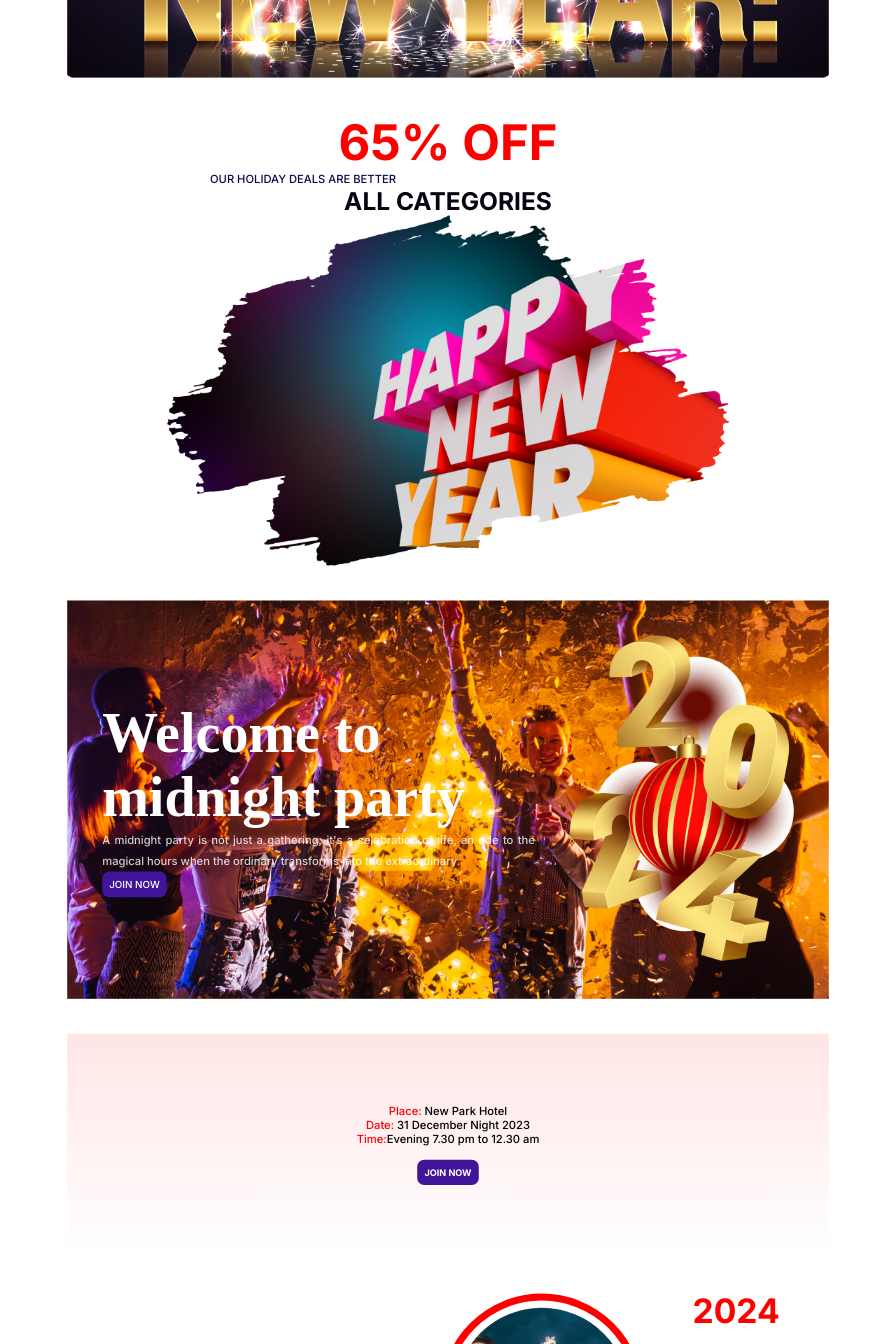
Repository: sumonkumarsarkar/new-year-2024
Page: index.html
An editor plug-in stored every save of this project. The page is shown before and after the next save, followed by the edit.
The browser window is 1280 px wide. The pictures show the part of the page from y = 437 to 2357 px (the page is 5433 px tall before and 5583 px after), at 70% of full size.

Above is the page before, as saved 2024-01-08 19:43:12.

### index.html
<!DOCTYPE html>
<html lang="en">
  <head>
    <meta charset="UTF-8" />
    <meta name="viewport" content="width=device-width, initial-scale=1.0" />
    <title>Happy Nwe Year-2024</title>
    <link rel="preconnect" href="https://fonts.googleapis.com" />
    <link rel="preconnect" href="https://fonts.gstatic.com" crossorigin />
    <link
      href="https://fonts.googleapis.com/css2?family=Inter:wght@100;200;300;500;600;700&display=swap"
      rel="stylesheet"
    />

    <link rel="stylesheet" href="https://cdnjs.cloudflare.com/ajax/libs/font-awesome/6.5.1/css/all.min.css" integrity="sha512-DTOQO9RWCH3ppGqcWaEA1BIZOC6xxalwEsw9c2QQeAIftl+Vegovlnee1c9QX4TctnWMn13TZye+giMm8e2LwA==" crossorigin="anonymous" referrerpolicy="no-referrer" />
    <link rel="stylesheet" href="/style.css" />
  </head>
  <body>
    <!-- banner-section start  -->
    <header>
      <div class="container banner">
        <div class="heading-text">
          <h4>Happy New Year</h4>
          <h3>New Year Party Celebration</h3>
        </div>
      </div>
    </header>
    <!-- banner-section end  -->

    <!-- holiday deal start  -->
    <section id="holiday-deal">
      <div class="container-holiday">
        <div class="holiday-text">
          <h2>65% OFF</h2>
          <h5> OUR HOLIDAY DEALS ARE BETTER</h5>
          <h4>ALL CATEGORIES</h4>
        </div>
        <div class="holiday-img">
          <img src="./image/New Year Photo.png" alt="" />
        </div>
      </div>
    </section>
    <!-- holiday deal end  -->

    <section id="midnight-section">
      <div class="container midnight-banner">
        <div class="midnight-content">
          <div class="midnight-text">
            <h3>Welcome to midnight party</h3>
            <p>
                A midnight party is not just a gathering; it's a celebration of life, an ode to the magical hours when the ordinary transforms into the extraordinary.
            </p>
            <button type="button">JOIN NOW</button>
          </div>
          <div class="midmight-img">
            <img src="./image/Group 70.png" alt="" />
          </div>
        </div>
      </div>
    </section>

     <!-- park hotel start  -->
<section id="park-hotel">
    <div class="container park-hotel-text">
     <p>  <span>Place:</span> New Park Hotel</p>
     <p><span>Date:</span> 31 December Night 2023</p>
     <p><span>Time:</span>Evening 7.30 pm to 12.30 am</p>
     <button class="park-hotel-button" type="button">JOIN NOW</button>
    </div>
</section>
 <!-- park hotel end  -->


 <!-- best offer start  -->
 <section id="best-offer">
    <div class="container best-banner">
        <div class="best-offer-text">
            <div class="offer-text">
                <h5>NEW BEST OFFER</h5>
                <h4>Coming Soon</h4>
                <p>As you step into the promising embrace of the new year, let our Best Offer be your guide to a year filled with excitement, luxury, and savings.</p>
            </div>
            <div class="offer-img">
                <img src="./image/Ellipse 1.png" alt="">
            </div>
            <div class="offer-text-img">
                <h3>2024</h3>
                <p>Prioritize your well-being in 2024 with our Wellness and Self-Care Packages</p>
                <img src="./image/Group 96.png" alt="">
            </div>

        </div>
    </div>
 </section>

 <!-- best offer end  -->

 <!-- holiday best offer start  -->

 <section id="holiday-offer">
    <div class="container">
        <div class="holiday-offer-text">
            <h5>WHAT IS FUNCTIONAL</h5>
            <h3><span>Holidays</span> Sale 50%</h3>
            <p>Step into the holiday gatherings in style with our Festive Fashion Flourish. Enjoy a fabulous 50% off on the latest trends in clothing, accessories, and party wear. Whether you're attending a virtual celebration or a cozy family get-together, make a statement with your holiday wardrobe while enjoying significant savings.</p>
        </div>

        <div class="holiday-img">
            <div class="div3">
                <img src="./image/Group 75.png" alt="">
            </div>
            <div class="div1">
                <img src="./image/Group 44.png" alt="">
            </div>
            <div class="div2">
                <img src="./image/Rectangle 1.png" alt="">
            </div>
            <div class="div4">
                <img src="./image/Rectangle 2.png" alt="">
            </div>
        </div>

    </div>
 </section>
 <!-- holiday best offer end  -->

 <!-- portfolio section start  -->

<section id="fortfolio">
    <div class="container">
        <div class="protfolio-text-image">
            <div class="protfolio-text">
                   <h5>THE BEST GIFTS</h5>
                   <h4>Our Awesome  Fashion shop</h4>
                   <p>Great! Based on our fashion shop items, specializing in shoes and bags, how about the name "SoleStyle & Carry Chic"? This name reflects the combination of footwear (sole) and fashionable accessories (carry chic). If you have any specific themes, styles, or preferences, feel free to provide more details for a more personalized suggestion! </p>
            </div>
            <div class="protfolio-image">
                <div class="image-div">
                    <img src="./image/Rectangle 3.png" alt="">
                    <img src="./image/Rectangle 4.png" alt="">
                    <img src="./image/Rectangle 5.png" alt="">
                </div>
                <div class="image-div">
                    <img src="./image/Rectangle 6.png" alt="">
                    <img src="./image/Rectangle 7.png" alt="">
                    <img src="./image/Rectangle 8.png" alt="">
                </div>

            </div>
        </div>
    </div>
</section>
 <!-- portfolio section end -->



 <section id="subscribe">
    <div class="container subscribe-banner">
        <div class="subscribe-content">
           <div class="subscribe-image">
            <img src="./image/Group 61.png" alt="">
           </div>
           <div class="subscribe-text">
            <h3>Subscribe Newsletter</h3>
            <p>As a subscriber, you gain access to exclusive designs and limited editions that are not available to the general public. Be the first to flaunt the latest releases and showcase your fashion-forward sensibilities. With our subscription, you're not just following trends; you're setting them.</p>
           </div>

           <div class="subscribe-input">
            <input  type="email" placeholder="user@gmail.com">
            <button class="subscribe-button" type="submit">subscribe</button>
           </div>
        </div>
    </div>
 </section>

 <footer>
    <div class="footer-cntainer">
        <div class="footer-text">
            <div class="nornal-text">
                <p>44, Big Building Roosevelt Street</p>
                    <p>Beach Gardens Florida 33410</p>
            </div>
            <div class="icon-text">
                <p><span><i class="fa-solid fa-phone"></i></span> +00 123 584 124</p>
                <p><span><i class="fa-solid fa-globe"></i></span>www.website.com</p>
            </div>
        </div>
        <hr>
        <div class="icon-img">
           <img src="./image/Facebook.png" alt="">
           <img src="./image/Instagram.png" alt="">
           <img src="./image/Twitter.png" alt="">
           <img src="./image/Linkedin.png" alt="">
        </div>
       <div class="footer-last-text">
         <p>017, All Rights Reserved</p>
          <p>unsubscribe</p>
       </div>

    </div>
 </footer>


  </body>
</html>

### style.css
* {
    margin: 0;
    padding: 0;
}

body {
    font-family: "Inter", sans-serif;
    width:100%;
    max-width:1320px;
}

/* banner section end  */
.container{
    max-width:1240px;
    width: 85%;
    margin: 50px auto;
}

.banner {
    background-image: url(./image/Banner\ Image.png);
    background-position: center;
    background-repeat: no-repeat;
    background-size: cover;
}

.heading-text {
    text-align: center;
    justify-content: center;
    padding: 177px 300px;
}

.heading-text h3 {
    color: #fff;
    text-align: center;
    font-family: Merriweather;
    font-size: 50px;
    font-style: normal;
    font-weight: 900;
}

.heading-text h4 {
    color: #fff;
    text-align: center;
    font-family: Merriweather;
    font-size: 25px;
    font-style: normal;
    font-weight: 400;
    line-height: normal;
}

/* banner section end  */

/* holiday -section start  */
.container-holiday {
    width: 85%;
    max-width: 680px;
    margin: 0 auto;
}

.container-holiday .holiday-text {
    text-align: center;

}

.holiday-text h2 {
    color: #f00;
    text-align: center;
    font-family: Inter;
    font-size: 70px;
    font-style: normal;
    font-weight: 700;
    line-height: normal;
}

.holiday-text h5{
    color: rgb(18, 6, 81);
    text-align: center;
    font-family: Inter;
    font-size: 16px;
    font-weight: 500;
    text-align: justify;
}

.holiday-text h4 {
    color: #070211;

    text-align: center;
    font-family: Inter;
    font-size: 35px;
    font-style: normal;
    font-weight: 700;
    line-height: normal;
}

.holiday-img {
    text-align: center;
    justify-content: center;
    width: 680px;
    height: 500px;
}

/* holiday -section start  */

/* midnight party start  */

.midnight-banner {
    background-image: url("./image/Vectorrr.png");
    background-position: center;
    background-repeat: no-repeat;
    background-size: cover;
}

.midnight-content {
    display: flex;
    justify-content: space-between;
    align-items: center;
}

.midnight-text {
    padding: 50px 0px 50px 50px;
    align-items: center;
}

.midnight-text h3 {
    align-items: center;
    color: #fff;
    font-family: Merriweather;
    font-size: 80px;
    font-style: normal;
    font-weight: 900;


}

.midnight-text p {
color: rgba(255, 255, 255, 0.80);
font-family: Inter;
font-size: 16px;
font-style: normal;
font-weight: 400;
line-height: 30px;
text-align: justify;
}

button {
    color: #FFF;
    text-align:center;
    font-family: Inter;
    font-size: 14px;
    font-style:normal;
    font-weight: 400;
    line-height: normal;
    text-transform:uppercase;
    background:#411599;
    border-radius: 10px;
    border:none;
    padding: 10px 10px;
}
button:hover{
    background: skyblue;
    transition: 1s;

}

.midmight-img{
    padding:50px 50px ;
}

/* midnight party end */




/* park hotel start */

.park-hotel-text{
 background: linear-gradient(180deg, rgba(255, 0, 0, 0.10) 0%, rgba(255, 0, 0, 0.00) 100%);
 text-align: center;
 margin:0 auto;
 padding: 100px 0px;
}

.park-hotel-button{
color: #FFF;
text-align: center;
font-family: Inter;
font-size: 13px;
font-style: normal;
font-weight: 700;
line-height: normal;
text-transform: uppercase;
background:#411599;
margin-top: 20px;


}
/* park hotel end */


/* best offer start  */

.best-offer-text{
    display: flex;
    justify-content: space-between;
    align-items: center;
}
.best-banner{
    background: #FFF;
    margin-top: 50px;
}
.offer-text h5{
color: #F00;
font-family: Inter;
font-size: 16px;
font-style: normal;
font-weight: 500;
line-height: normal;
}
.offer-text h4{
    color: #070211;
    font-family: Merriweather;
    font-size:30px;
    font-style: normal;
    font-weight: 900;
    line-height: normal;
    text-transform: capitalize;
}
.offer-text p{
color: rgba(7, 2, 17, 0.60);
font-family: Inter;
font-size: 16px;
font-style: normal;
font-weight: 400;
padding: 10px 100px 10px 0px;
text-align: justify;

}
.offer-img img{
border-radius:200px;
border: 10px solid #F00;
padding: 10px;
width: 250px;

}
.offer-text-img{
    text-align: center;

}
.offer-text-img h3{
font-size: 48px;
font-style: normal;
font-weight: 700;
line-height: normal;
color: #f00;
padding-bottom: 20px;

}
.offer-text-img p{
    color: rgba(7, 2, 17, 0.60);

    font-family: Inter;
    font-size: 16px;
    font-style: normal;
    font-weight: 400;
    padding-bottom: 20px;
    text-align: justify;

}



/* best offer end */

 /* holiday offer section start  */
.holiday-offer-text{
    text-align: center;
}
.holiday-offer-text h5{
font-size: 16px;
font-style: normal;
font-weight: 500;
line-height: normal;
padding: 5px 200px;
}
.holiday-offer-text h3{
    color: #070211;
    font-family: Merriweather;
    font-size: 40px;
    font-style: normal;
    font-weight: 900;
    line-height: normal;
    padding: 5px 200px;
}
.holiday-offer-text p{
color: rgba(7, 2, 17, 0.60);
text-align: center;
font-family: Inter;
font-size: 16px;
font-style: normal;
font-weight: 500;
padding: 5px 100px;
text-align: justify;
}
span{
    color: #f00;
}

.holiday-img{
display: flex;
position:relative;
}
.holiday-img .div1 img{
position: relative;
z-index: 1;
top:90px;
right:-100px;

}
.holiday-img .div2 img{
    position: absolute;
    width:500px;
    height: 400px;


}
.holiday-img .div3 img{
    position: absolute;
    left:0;
    top:200px;
    width:400px;
    z-index: 1;
}
.holiday-img .div4 img{
    position:absolute;
    left:0;
    top:400px;
    width:995px;
    height: 105px;


}
#holiday-offer{
     margin-bottom: 50px;
}








 /* holiday offer section end  */

/* portfolio section start  */

.protfolio-text h5{
color: #F00;
font-family: Inter;
font-size: 16px;
font-style: normal;
font-weight: 500;
line-height: normal;
margin-bottom: 10px;

}
.protfolio-text h4{
    color: #070211;
    font-family: Merriweather;
    font-size: 30px;
    font-style: normal;
    font-weight: 900;
    line-height: normal;
    text-transform: capitalize;
    margin-bottom: 10px;
}
.protfolio-text p{
color: rgba(7, 2, 17, 0.60);
font-family: Inter;
font-size: 16px;
font-style: normal;
font-weight: 400;
line-height: 32px;
margin-bottom: 10px;
text-align: justify;
}
.image-div{
    display: flex;
    justify-content:space-between;
    margin: 10px 0;

}

.image-div img{
   width:350px;
   height: 350px;

}
/* portfolio section end  */


/* subscribe section start  */

.subscribe-banner{
border-radius:16px;
background: rgba(255, 0, 0, 0.05);

}
.subscribe-content{
padding:100px 0;
text-align: center;
}
.subscribe-text h3{
color: #070211;
text-align: center;
font-family: Merriweather;
font-size:40px;
font-style: normal;
font-weight: 900;
line-height: normal;
text-transform: capitalize;
}
.subscribe-text p{
    color: rgba(7, 2, 17, 0.60);
    text-align: center;
    font-family: Inter;
    font-size: 16px;
    font-style: normal;
    font-weight: 400;
    line-height: 32px;
    padding: 10px 100px;
    text-align: justify;
}

.subscribe-button{
color: #FFF;
text-align: center;
font-family: Inter;
font-size: 18px;
font-style: normal;
font-weight: 600;
line-height: normal;
text-transform: capitalize;
background: #F00;
border-radius:0px 50px 50px 0px;
padding: 13px;

}

.subscribe-input input{
display:inline-block;
border:none;
padding:15px;
width: 250px;
border-radius:50px 0px 0px 50px;
}
/* subscribe section end  */



/* footer section start  */
.footer-cntainer{
    width:100%;
    max-width:1320px;
    background: #070211;


}
.nornal-text p{
font-size: 16px;
font-style: normal;
font-weight: 500;
line-height: 40px;
color: #FFF;
text-align: justify;
}
.footer-text{
    display: flex;
    margin: 0 auto;
    justify-content: space-around;
    padding:50px 100px;


}
.icon-img{
    display: flex;
    justify-content: center;
    align-items: center;
    margin-top:50px;
}
.icon-img img{
    margin: 10px;
}
.icon-text{
 font-size: 16px;
font-style: normal;
font-weight: 500;
line-height: 40px;
color: #FFF;
}

.footer-last-text{
    display: flex;
    justify-content: space-between;
}
.footer-last-text p{
padding: 100px;
font-size: 16px;
font-style: normal;
font-weight: 500;
line-height: normal;
color: #FFF;
text-align: justify;
}
hr{
    width: 50%;
    color: #19065d;
    margin: 0 auto;

}

/* footer section end  */

After the next save:
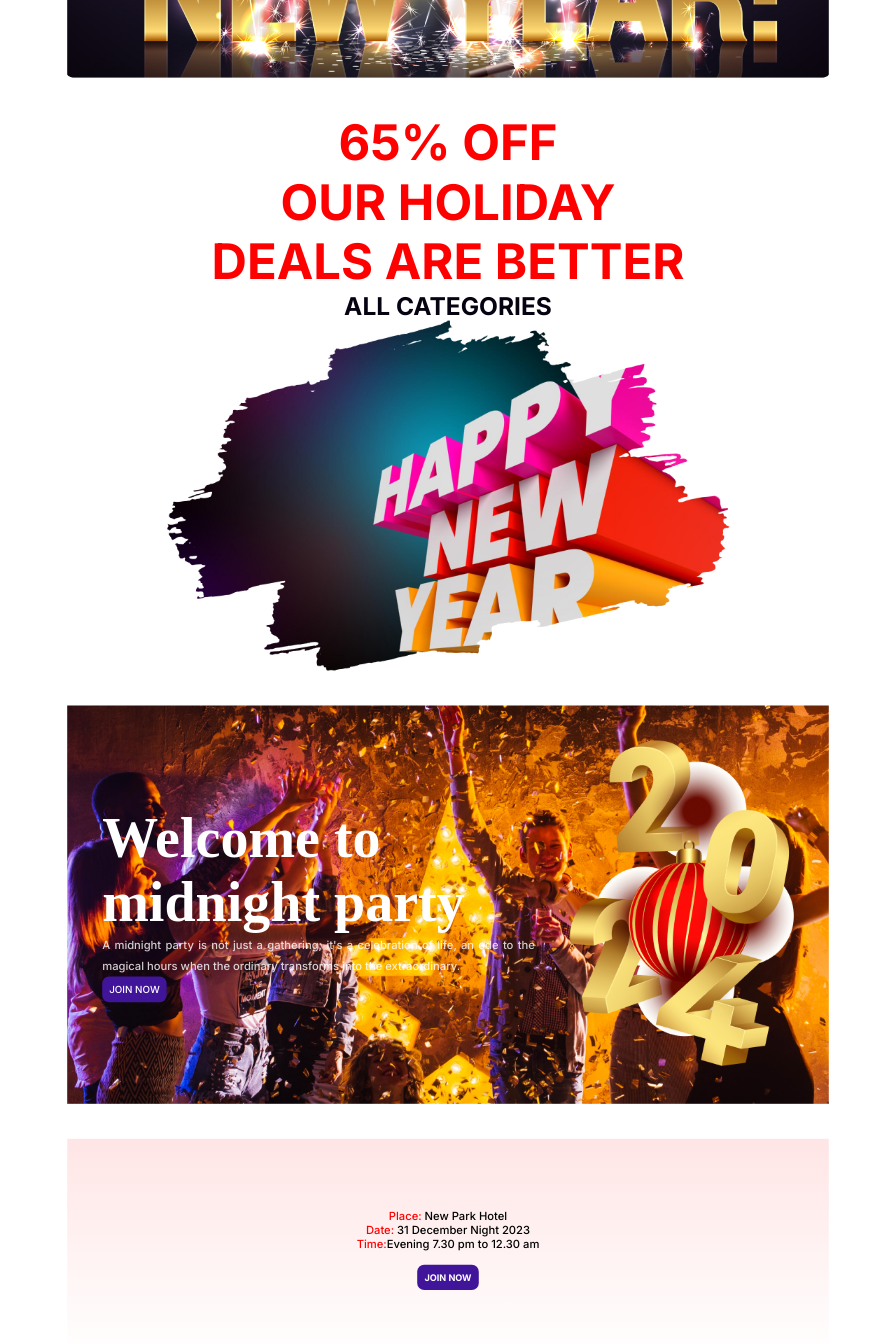
Saved 23 s later.
--- a/style.css
+++ b/style.css
@@ -73,12 +73,13 @@
 }
 
 .holiday-text h5{
-    color: rgb(18, 6, 81);
+    color: #f00;
     text-align: center;
     font-family: Inter;
-    font-size: 16px;
-    font-weight: 500;
-    text-align: justify;
+    font-size: 70px;
+    font-style: normal;
+    font-weight: 700;
+    line-height: normal;
 }
 
 .holiday-text h4 {

After the save that followed:
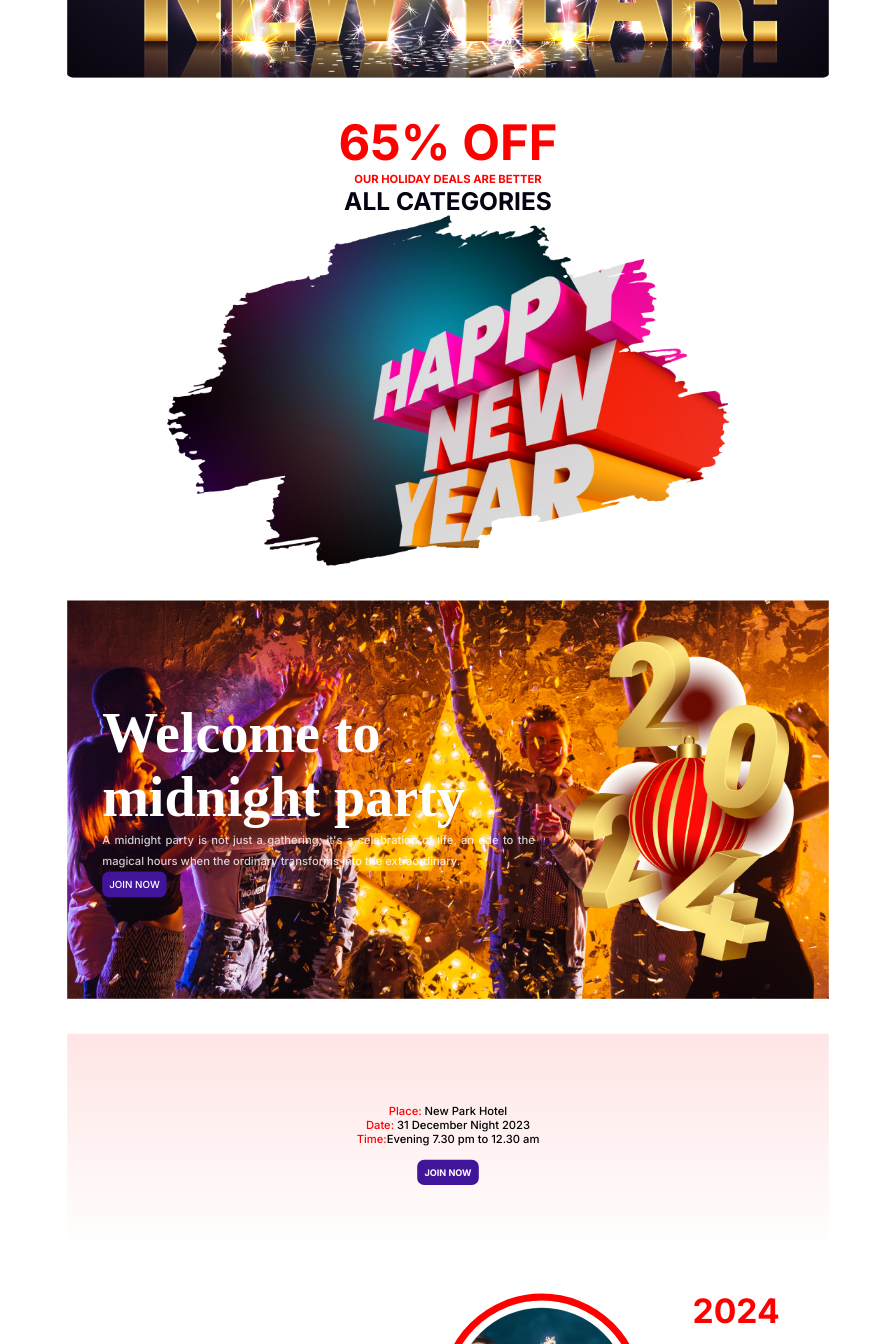
Saved 12 s later.
--- a/style.css
+++ b/style.css
@@ -76,7 +76,7 @@
     color: #f00;
     text-align: center;
     font-family: Inter;
-    font-size: 70px;
+    font-size:16px;
     font-style: normal;
     font-weight: 700;
     line-height: normal;
